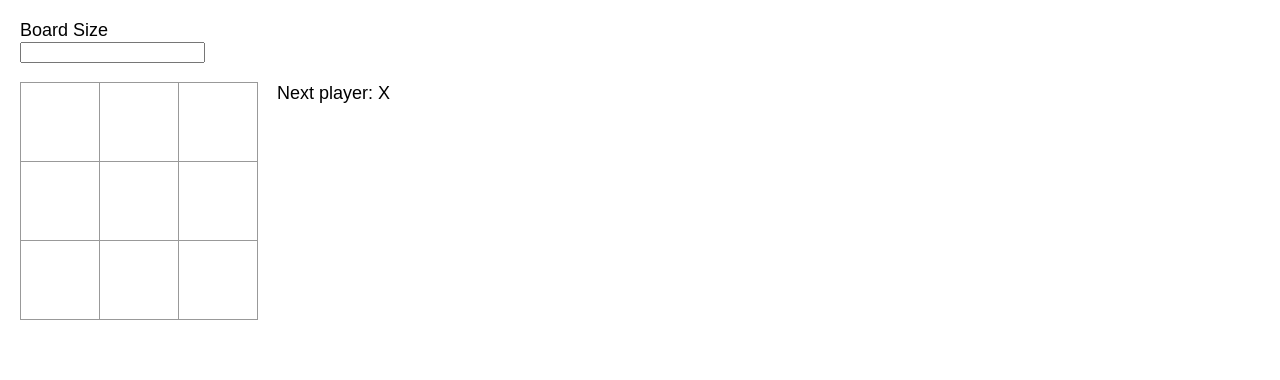
Repository: yshong211/tic-tac-toe-0708
Page: /
An editor plug-in stored every save of this project. The page is shown before and after a run of saves, followed by the edit.
The browser window is 1280 px wide. The pictures show the whole page.
The project was rebuilt for these pictures with package versions that can differ from the ones it lists, and the page was loaded fresh each time.

Above is the page before, as saved 2020-07-07 16:37:52.

After the next 6 saves:
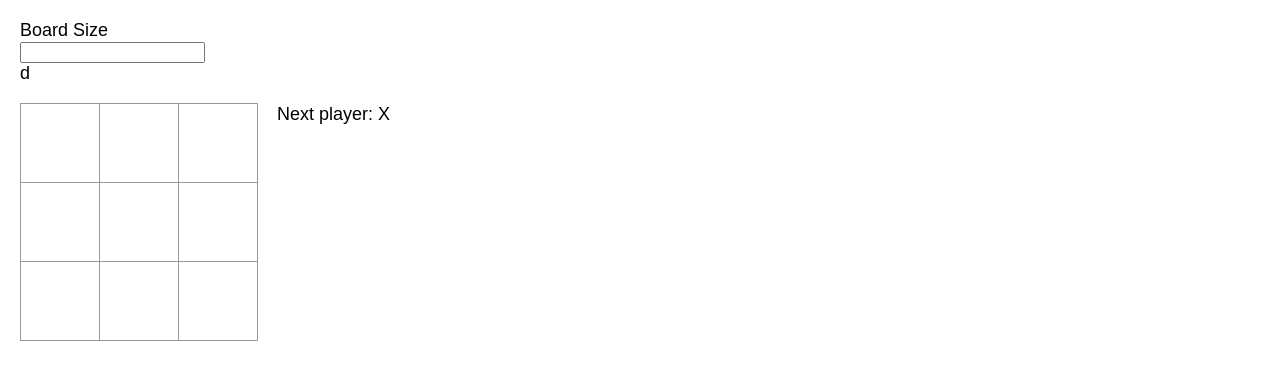
The 6 saves are shown as one change because they came seconds apart.
The last was saved 88 s later.
--- a/src/getDim.js
+++ b/src/getDim.js
@@ -21,7 +21,9 @@ export default class GetDim extends React.Component {
         <form>
           <label>
             Board Size<br></br>
-            <input type="int" value={this.state.value} onChange={this.handleChange} />
+            <input type="int" value={this.state.value} onChange={this.handleChange} /><br></br>
+            d
+
           </label>
         </form>
         <Game
